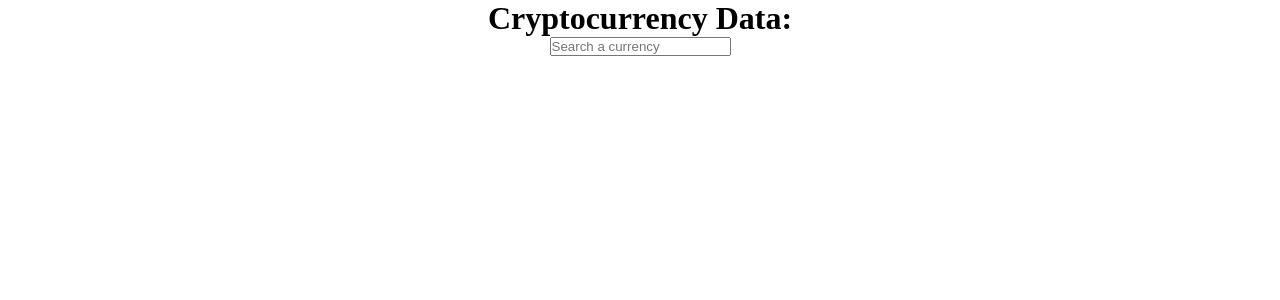
Repository: alejandroacd/cryptocurrency-market
Page: /
An editor plug-in stored every save of this project. The page is shown before and after the next save, followed by the edit.
The browser window is 1280 px wide. The pictures show the whole page.
The page's requests for data from a server got no answer. The project was rebuilt for these pictures with package versions that can differ from the ones it lists, and the page was loaded fresh each time. No one was signed in, and anything a server would have sent is missing. Also part of the build but not shown: src/Currency.css, src/Currency.js.

Above is the page before, as saved 2021-06-29 15:19:19.

After the next save:
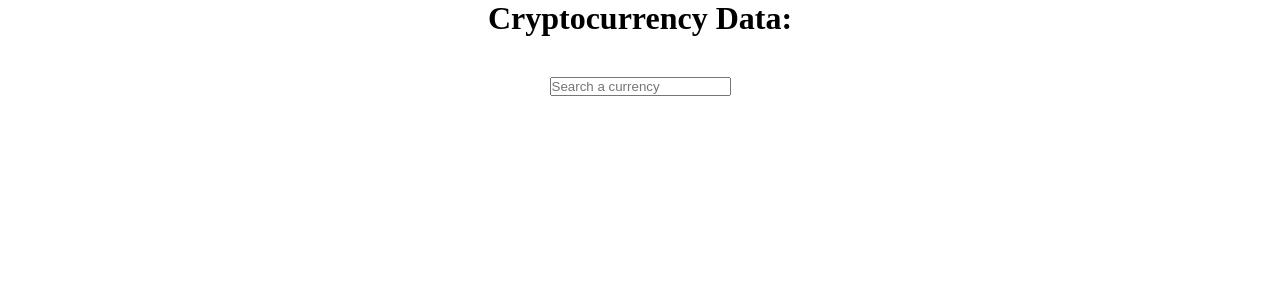
Saved 5 s later.
--- a/src/App.css
+++ b/src/App.css
@@ -11,5 +11,5 @@
 }
 
 .input-container form input {
-
+  margin:3em;
 }
